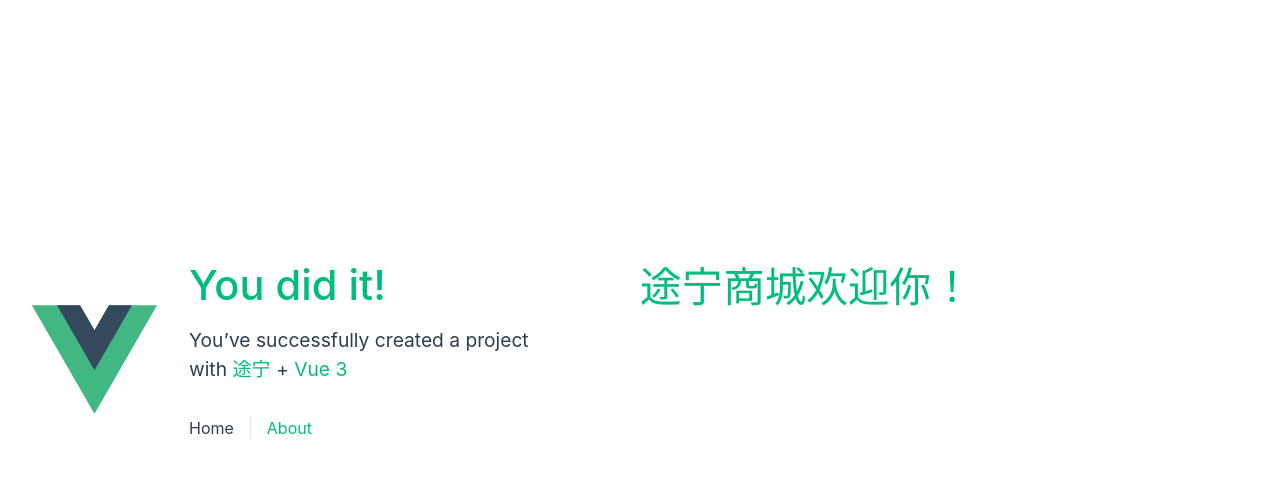
Repository: ppwqdxlte/tl-commerce-portal
Page: /
An editor plug-in stored every save of this project. The page is shown before and after the next save, followed by the edit.
The browser window is 1280 px wide. The pictures show the whole page.
The project was rebuilt for these pictures with package versions that can differ from the ones it lists, and the page was loaded fresh each time. Also part of the build but not shown: vite.config.ts.

Above is the page before, as saved 2023-05-09 11:47:56.

After the next save:
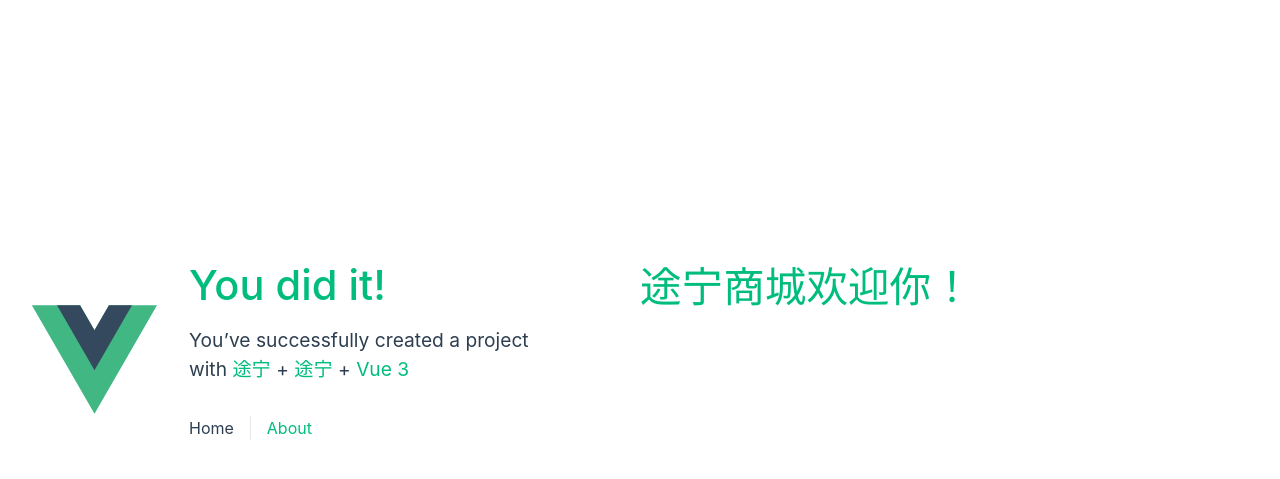
Saved 64 s later.
--- a/src/components/HelloWorld.vue
+++ b/src/components/HelloWorld.vue
@@ -2,7 +2,7 @@
  * @Author: error: error: git config user.name & please set dead value or install git && error: git config user.email & please set dead value or install git & please set dead value or install git
  * @Date: 2023-05-06 12:00:11
  * @LastEditors: error: git config user.name & please set dead value or install git
- * @LastEditTime: 2023-05-09 11:47:56
+ * @LastEditTime: 2023-05-09 11:49:00
  * @Description: file content
 -->
 <script setup lang="ts">
@@ -16,6 +16,7 @@
     <h1 class="green">{{ msg }}</h1>
     <h3>
       You’ve successfully created a project with
+      <a href="/tuning" target="_blank" rel="noopener">途宁</a> +
       <a href="/tuning" target="_blank" rel="noopener">途宁</a> +
       <a href="https://vuejs.org/" target="_blank" rel="noopener">Vue 3</a>
     </h3>
